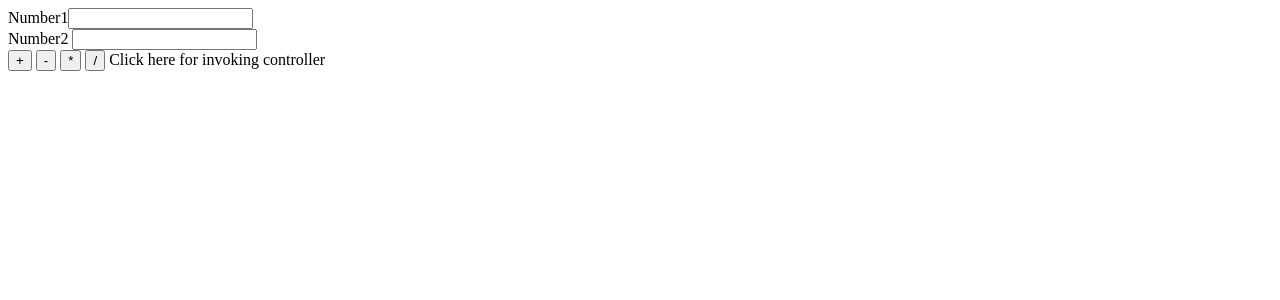
Repository: ujwalam/java-codes-updated
Page: springwebapp/src/main/webapp/calculator.html
These files come from the project's save history. The page is drawn as it stood at one moment and after the next save; the edit follows.
The browser window is 1280 px wide. The pictures show the whole page.

Above is the page before, as saved 2019-07-22 09:10:52.

### springwebapp/src/main/webapp/calculator.html
<!DOCTYPE html>
<html>
<head>
<meta charset="UTF-8">
<title>Calculator</title>
</head>
<body>
Number1<input name=n1 > <br>
Number2 <input name=n2><br>
<input name=op value="+" type=submit >
<input name=op value="-" type=submit >
<input name=op value="*" type=submit >
<input name=op value="/" type=submit>
<a >Click here for invoking controller</a>
</body>
</html>

After the next save:
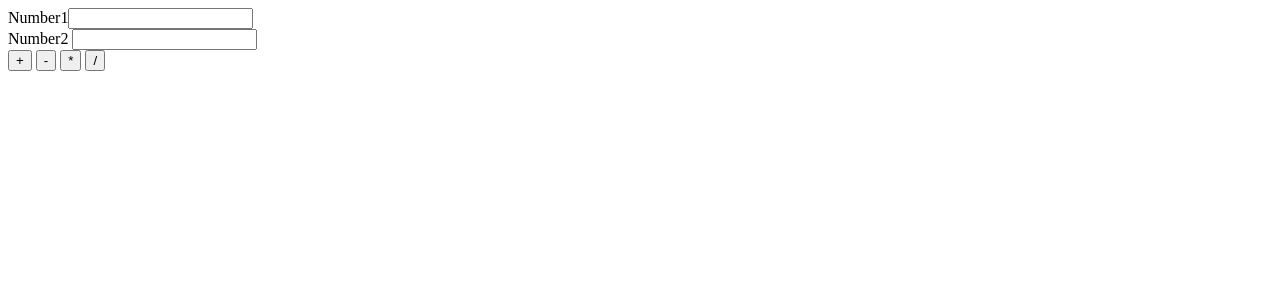
Saved 76 s later.
--- a/springwebapp/src/main/webapp/calculator.html
+++ b/springwebapp/src/main/webapp/calculator.html
@@ -5,12 +5,13 @@
 <title>Calculator</title>
 </head>
 <body>
+<form action="calculate">
 Number1<input name=n1 > <br>
 Number2 <input name=n2><br>
 <input name=op value="+" type=submit >
 <input name=op value="-" type=submit >
 <input name=op value="*" type=submit >
 <input name=op value="/" type=submit>
-<a >Click here for invoking controller</a>
+</form>
 </body>
 </html>
